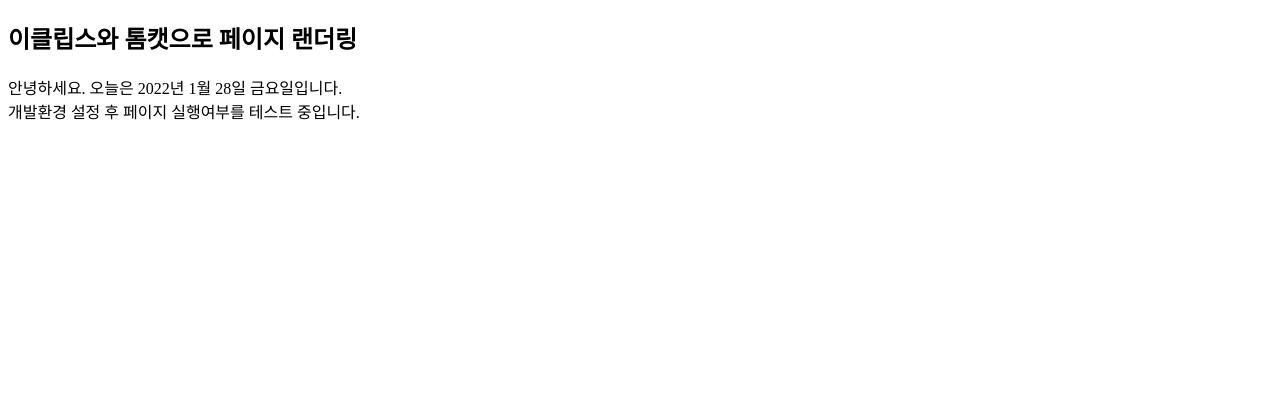
Repository: markahn02050/jsp_practice
Page: http://localhost/JSPBasic/Hello.jsp
An editor plug-in stored every save of this project. The page is shown before and after the next save, followed by the edit.
The browser window is 1280 px wide. The pictures show the whole page.
The page is served by Tomcat 9.

Above is the page before, as saved 2022-01-28 01:48:34.

After the next save:
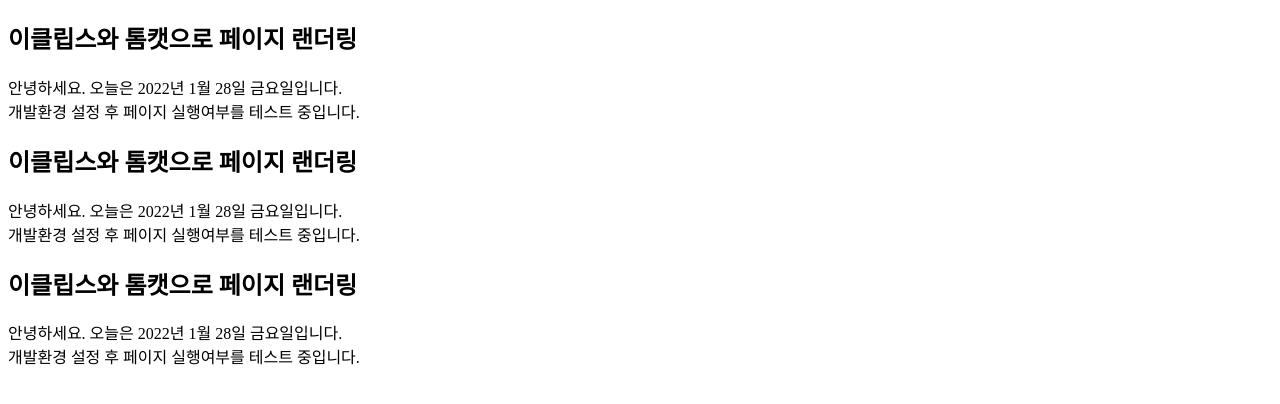
Saved 15 min 34 s later.
--- a/JSPBasic/src/main/webapp/Hello.jsp
+++ b/JSPBasic/src/main/webapp/Hello.jsp
@@ -14,5 +14,17 @@
 		개발환경 설정 후 페이지 실행여부를 테스트 중입니다.
 	</p>
 
+	<h2>이클립스와 톰캣으로 페이지 랜더링</h2>
+	<p>
+		안녕하세요. 오늘은 2022년 1월 28일 금요일입니다.<br/>
+		개발환경 설정 후 페이지 실행여부를 테스트 중입니다.
+	</p>
+
+	<h2>이클립스와 톰캣으로 페이지 랜더링</h2>
+	<p>
+		안녕하세요. 오늘은 2022년 1월 28일 금요일입니다.<br/>
+		개발환경 설정 후 페이지 실행여부를 테스트 중입니다.
+	</p>
+
 </body>
 </html>
